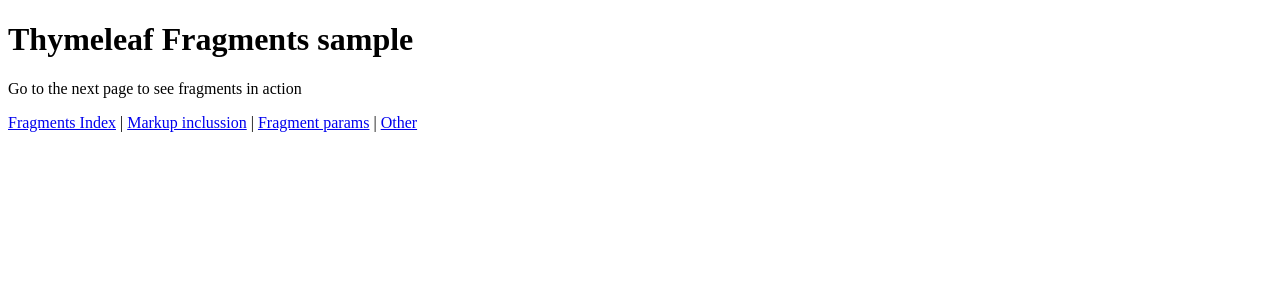
Repository: Tanveer1214/Projects
Page: http://localhost/frag
The author's editor kept a copy of each file at every save. The page is drawn from the files as they stood at one save, then again after the next save.
The browser window is 1280 px wide. The pictures show the whole page.
The page is this project's Thymeleaf template; nobody is signed in. The template is opened directly, without the code that normally fills it, so the values that code supplies are empty.

Above is the page before, as saved 2023-06-02 07:19:13.

After the next save:
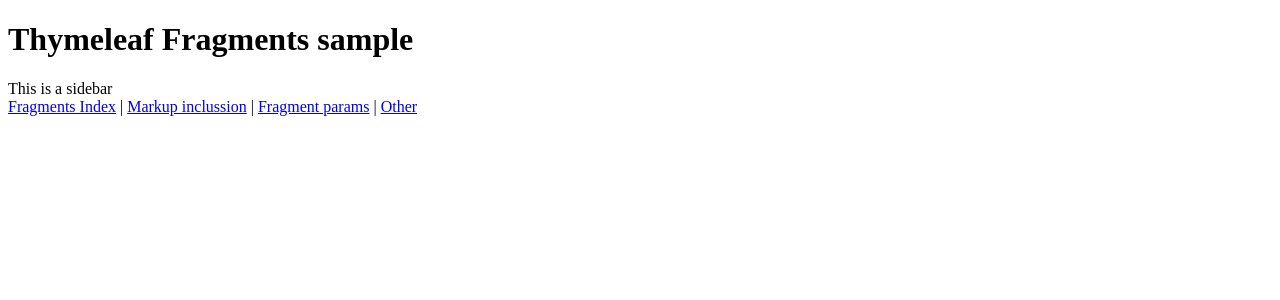
Saved 2 min 42 s later.
--- a/Rest API/Thymeleaf_Example/src/main/resources/templates/frag.html
+++ b/Rest API/Thymeleaf_Example/src/main/resources/templates/frag.html
@@ -6,7 +6,9 @@
 </head>
 <body>
     <header th:insert="general.html :: header"> </header>
-    <p>Go to the next page to see fragments in action</p>
+
+    <div th:replace="general.html :: aside"></div>
+
     <div th:replace="general.html :: footer"></div>
 </body>
 </html>
